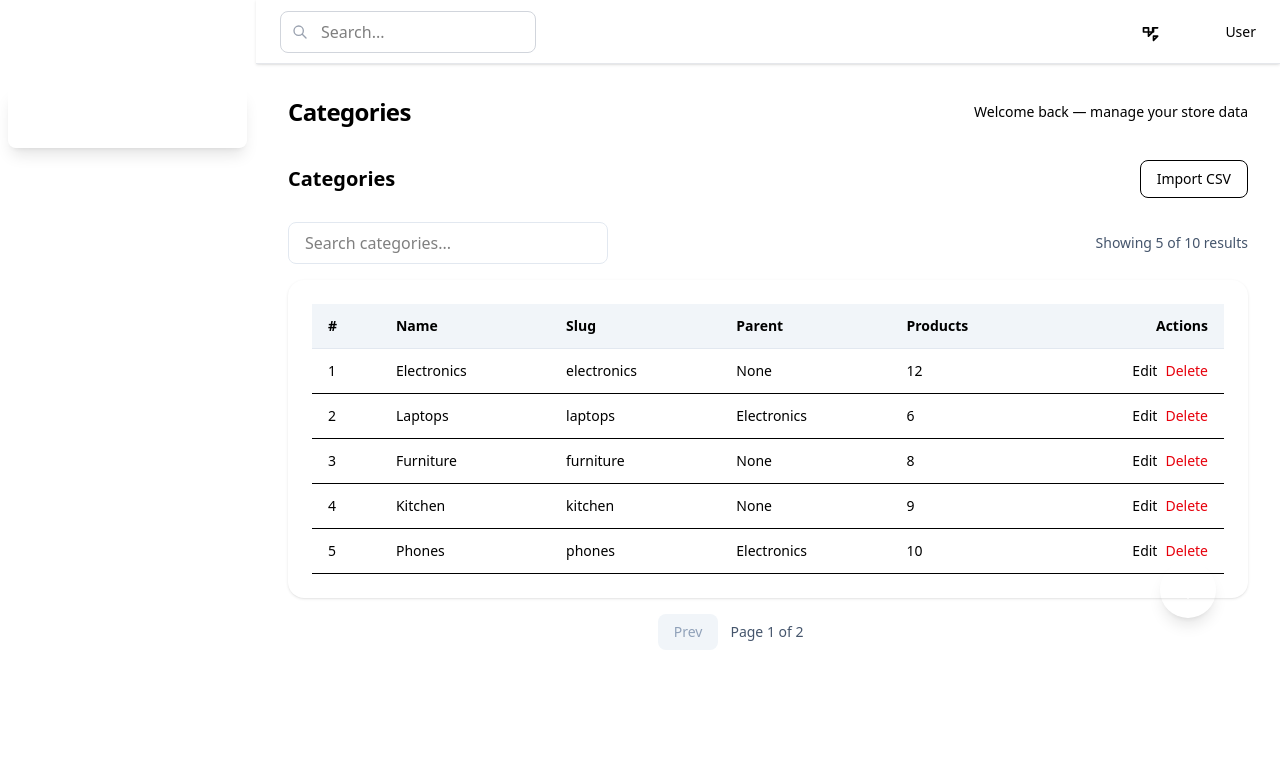
Repository: Ndegwa2/MulistorePOS
Page: /
The author's editor kept a copy of each file at every save. The page is drawn from the files as they stood at one save, then again after the next save.
The browser window is 1280 px wide. The pictures show the whole page.
The project was rebuilt for these pictures with package versions that can differ from the ones it lists, and the page was loaded fresh each time. Also part of the build but not shown: vite.config.js, Frontend/EditModal.jsx, Frontend/DeleteConfirm.jsx, Frontend/subcategory.jsx, Frontend/brand.jsx, Frontend/productPanel.jsx, Frontend/stockPanel.jsx, Frontend/salesPanel.jsx and 5 more.

Above is the page before, as saved 2025-10-03 20:37:12.

After the next save:
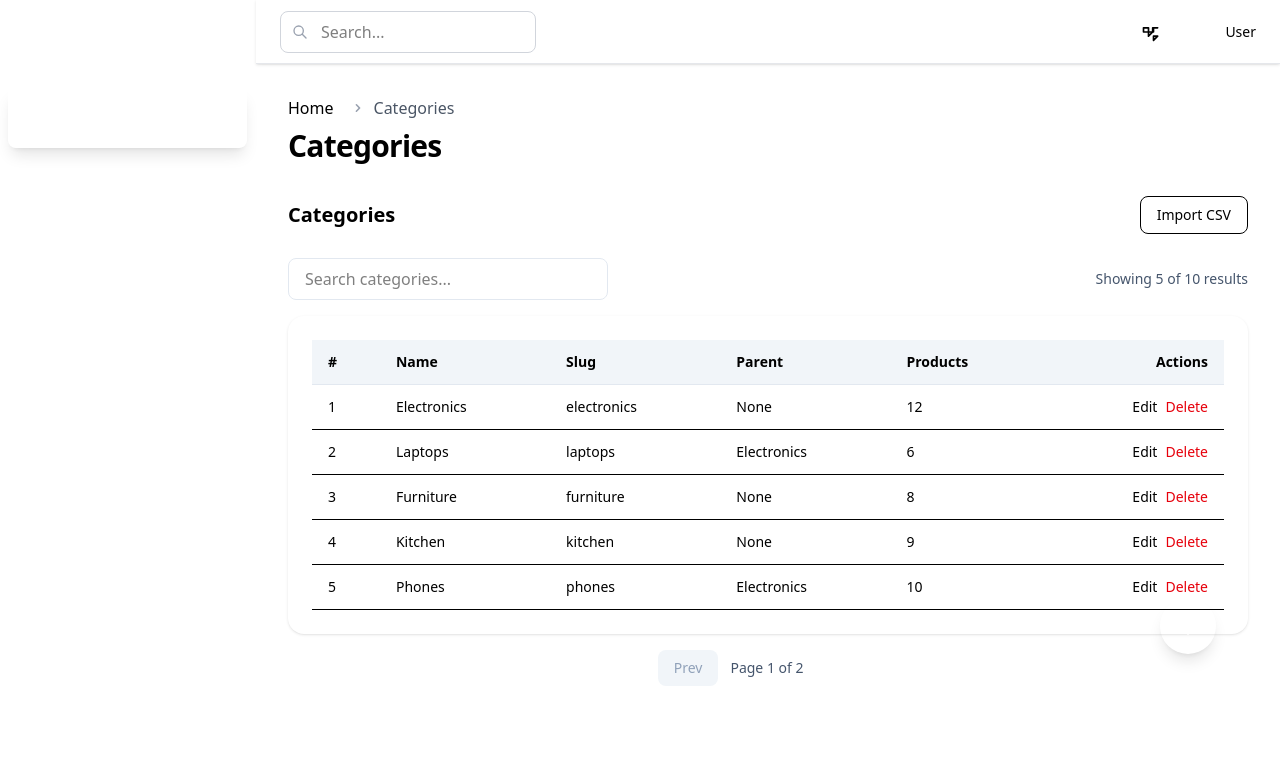
Saved 12 s later.
--- a/Frontend/dashboaord.jsx
+++ b/Frontend/dashboaord.jsx
@@ -155,15 +155,25 @@ export default function Dashboard() {
       <main className={`flex-1 bg-background min-h-screen text-text p-8 transition-all duration-300 ${
         sidebarCollapsed ? 'ml-16' : 'ml-64'
       } mt-16`}>
-        {/* Top header (shows active panel name) */}
-        <header className="mb-6">
-          <div className="flex items-center justify-between">
-            <h2 className="text-2xl font-semibold tracking-tight">
-              {NAV.find((n) => n.key === active)?.label}
-            </h2>
-            <div className="text-sm text-text">Welcome back — manage your store data</div>
-          </div>
-        </header>
+        {/* Breadcrumbs and Page Title */}
+        <div className="mb-6">
+          <nav className="flex mb-2" aria-label="Breadcrumb">
+            <ol className="flex items-center space-x-2">
+              <li>
+                <a href="#" className="text-primary hover:text-primary/80">Home</a>
+              </li>
+              <li className="flex items-center">
+                <svg className="w-4 h-4 text-gray-400 mx-2" fill="currentColor" viewBox="0 0 20 20">
+                  <path fillRule="evenodd" d="M7.293 14.707a1 1 0 010-1.414L10.586 10 7.293 6.707a1 1 0 011.414-1.414l4 4a1 1 0 010 1.414l-4 4a1 1 0 01-1.414 0z" clipRule="evenodd" />
+                </svg>
+                <span className="text-gray-600">{NAV.find((n) => n.key === active)?.label}</span>
+              </li>
+            </ol>
+          </nav>
+          <h1 className="text-3xl font-bold tracking-tight text-text">
+            {NAV.find((n) => n.key === active)?.label}
+          </h1>
+        </div>
 
         {/* Content area with simple fade/slide animation */}
         <section
